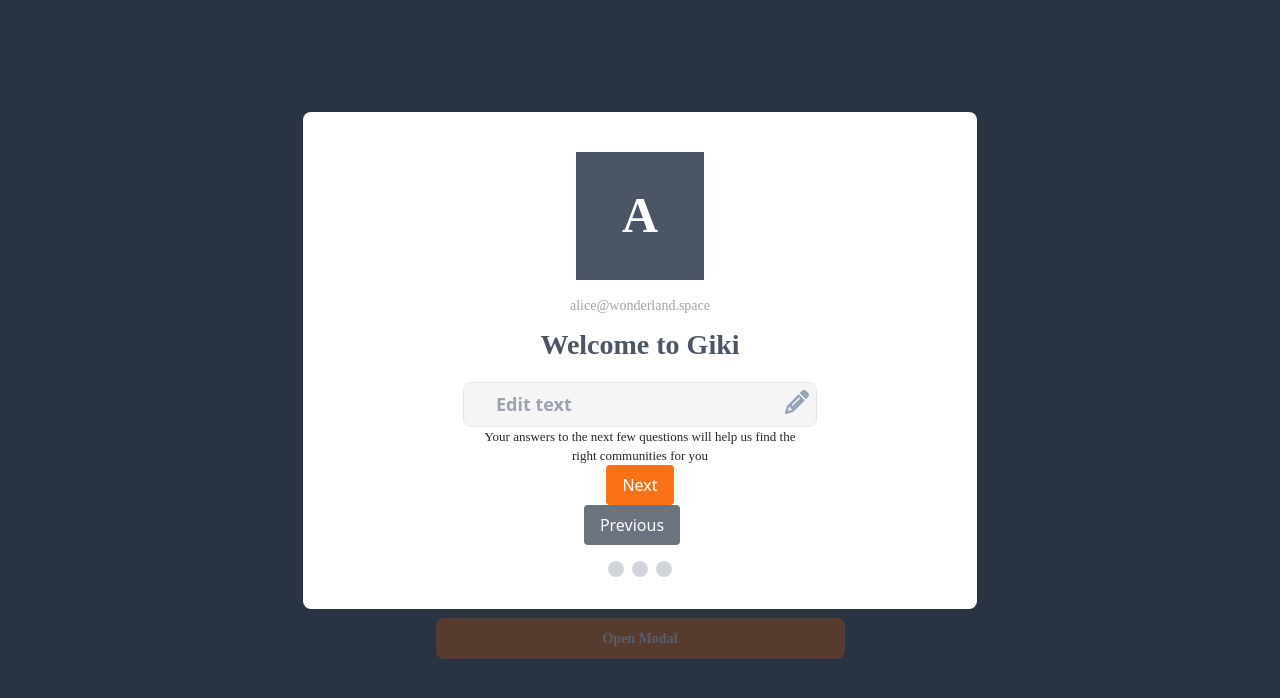
Repository: ZakariaZhlat125/lucatctyteste
Page: /, after clicking the first element matching `button.mt-36`
The author's editor kept a copy of each file at every save. The page is drawn from the files as they stood at one save, then again after the next save.
The browser window is 1280 px wide. The pictures show the whole page.
The project was rebuilt for these pictures with package versions that can differ from the ones it lists, and the page was loaded fresh each time. Also part of the build but not shown: vite.config.js, src/Components/ModalComponents/PickLang.jsx, src/Components/ModalComponents/SelectImage.jsx.

Above is the page before, as saved 2023-09-29 11:29:43.

### src/App.jsx
import { useState } from 'react'
import Modalpage from './pages/Modalpage'


function App() {

  return (
    <>
    <Modalpage />
    </>
  )
}

export default App

### src/pages/Modalpage.jsx
import React, { useState } from "react";
import logo from "../assets/Images/Logo.png";
import Modal from "../Components/ModalComponents/Modal";
const Modalpage = () => {
  const [isModalOpen, setIsModalOpen] = useState(false);



  return (
    <div className="h-screen w-secreen bg-gray-600 flex flex-col justify-center items-center  ">
      <img
        src={logo}
        alt="logo"
        className="w-[415px] h-[413px] mx-2 "
      />
      <button
        onClick={() => setIsModalOpen(true)}
        className="mt-36 w-[309px] h-[41px] sm:w-[409px]  shadow-sm bg-orange-500  hover:bg-orange-600 rounded-lg  text-white text-sm font-semibold font-['Montserrat']"
      >
        Open Modal
      </button>


      <Modal isOpen={isModalOpen}  onClose={() => setIsModalOpen(false)} />

    </div>
  );
};

export default Modalpage;

### src/Components/ModalComponents/Modal.jsx
import React, { useState } from "react";
import Welcom from "./Welcom";
import PickLang from "./PickLang";
import SelectImage from "./SelectImage";
const Modal = ({ isOpen, onClose }) => {

  const [currentPage, setCurrentPage] = useState(1);
  if (!isOpen) return null;
  const totalPages = 3;
  const nextPage = () => {
    if (currentPage < 3) {
      setCurrentPage(currentPage + 1);
    }
  };

  const prevPage = () => {
    if (currentPage > 1) {
      setCurrentPage(currentPage - 1);
    }
  };

  const getOrangeCount = () => {
    // Return the number of orange circles to display based on the current page
    switch (currentPage) {
      case 2:
        return 1;
      case 3:
        return 2;
      default:
        return 0;
    }
  };

  return (
    <div className="fixed inset-0 flex justify-center items-center z-50">
      <div className="fixed inset-0 bg-gray-800 opacity-75"></div>
      <div className="bg-white rounded-lg p-8 z-50 relative flex flex-col items-center">
        {/* Modal content goes here */}

        {/* <button
          onClick={onClose}
          className="absolute mx-auto bottom-2   text-gray-500 hover:text-gray-700 cursor-pointer"
        >
          Close
        </button> */}
        {currentPage === 1 && <Welcom />}
        {currentPage === 2 && <PickLang />}
        {currentPage === 3 && <SelectImage />}
        <button
          onClick={nextPage}
          className="bg-orange-500 text-white px-4 py-2 rounded"
        >
          Next
        </button>
        <button
          onClick={prevPage}
          className="mr-4 bg-gray-500 text-white px-4 py-2 rounded"
        >
          Previous
        </button>

        <div className="flex mt-4">
          {[...Array(totalPages)].map((_, index) => (
            <div
              key={index}
              className={`w-4 h-4 mx-1 rounded-full ${
                index < getOrangeCount() ? "bg-orange-500" : "bg-gray-300"
              }`}
            ></div>
          ))}
        </div>
      </div>
    </div>
  );
};

export default Modal;

### src/Components/ModalComponents/Welcom.jsx
import React from "react";
import {FontAwesomeIcon  } from "@fortawesome/react-fontawesome";
import { faPencilAlt } from "@fortawesome/free-solid-svg-icons";

const Welcom = () => {
  return (
    <div className="flex flex-col justify-center items-center px-32">
      <div className="bg-gray-600 w-32 h-32 flex justify-center items-center my-2">
        <p className="text-white text-[50px] font-bold font-['Montserrat']">
          A
        </p>
      </div>

      <p className="my-2 text-zinc-400 text-sm font-medium font-['Poppins'] ">
        alice@wonderland.space
      </p>
      <h3 className="text-gray-600 text-[28px] font-bold font-['Poppins']">
        Welcome to Giki
      </h3>
      <div className="relative mt-4">
        <input
          type="text"
          placeholder="Edit text"
          className="py-2 px-8 pr-12 border text-orange-500 font-bold text-[18px] bg-neutral-100 rounded-lg focus:outline-none focus:border-orange-500"
        />
        <FontAwesomeIcon
          icon={faPencilAlt}
          className="absolute right-2 top-2 text-slate-400 w-6 h-6 cursor-pointer"
        />
      </div>
      <p className="w-[314px]  text-center text-neutral-800 text-[13px] font-medium font-['Poppins'] leading-[19px]">
        Your answers to the next few questions will help us find the right
        communities for you
      </p>
    </div>
  );
};

export default Welcom;

### tailwind.config.js
/** @type {import('tailwindcss').Config} */
export default {
  content: [
    "./index.html",
    "./src/**/*.{js,ts,jsx,tsx}",
  ],
  theme: {
    container: {
      center: true,
      padding: {
        DEFAULT: '1rem',
        sm: '2rem',
        lg: '4rem',
        xl: '5rem',
        '2xl': '6rem',
      },
    },
    extend: {},
  },
  plugins: [],
}

Loaded but not shown: index.html (common file); src/main.jsx (common file); src/index.css (common file)

After the next save:
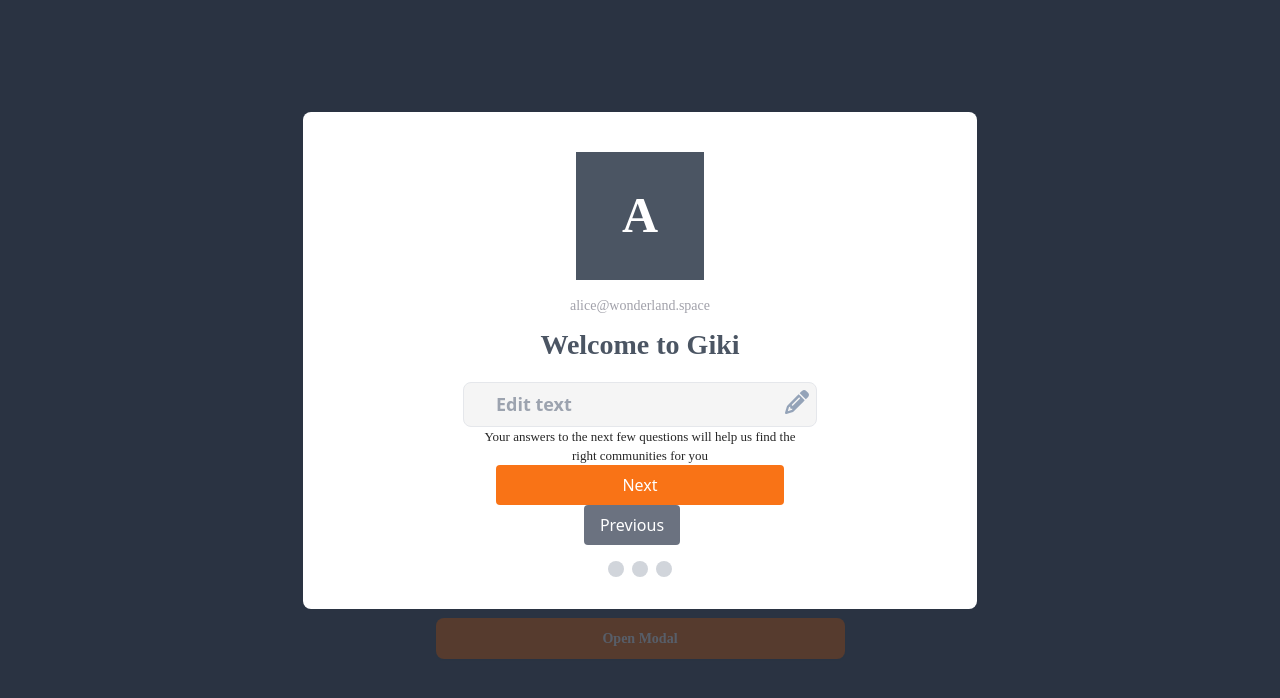
Saved 80 s later.
--- a/src/Components/ModalComponents/Modal.jsx
+++ b/src/Components/ModalComponents/Modal.jsx
@@ -48,7 +48,7 @@
         {currentPage === 3 && <SelectImage />}
         <button
           onClick={nextPage}
-          className="bg-orange-500 text-white px-4 py-2 rounded"
+          className="w-72 bg-orange-500 text-white px-4 py-2 rounded"
         >
           Next
         </button>
